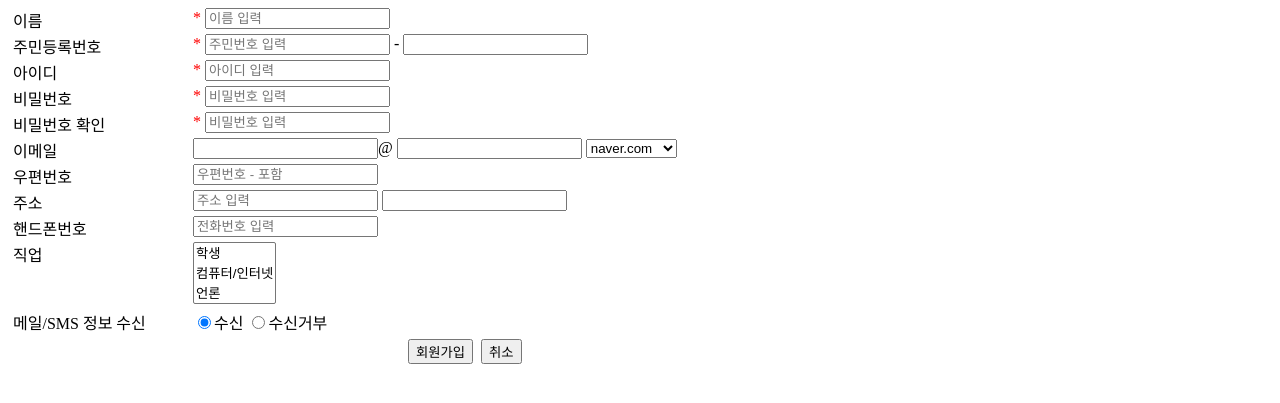
Repository: BartsimisraB/JavaPractice_
Page: http://localhost/JSPpractice2/Join.jsp
These files come from the project's save history. The page is drawn as it stood at one moment and after the next save; the edit follows.
The browser window is 1280 px wide. The pictures show the whole page.
The page is served by Tomcat 9. Other server files are loaded and not shown.

Above is the page before, as saved 2023-01-12 07:52:26.

### JSPpractice2/src/main/webapp/Join.jsp
<%@ page language="java" contentType="text/html; charset=UTF-8"
    pageEncoding="UTF-8"%>
<!DOCTYPE html>
<html>
<head>
<meta charset="UTF-8">
<title>Insert title here</title>
    <link rel="stylesheet" href="./Join.css">
    <script defer src="Join.js"></script>
</head>
<body>
    <form name="fr" action = "JoinServlet" method = "get">
      <div>
        <label class="topic">이름</label><span>*</span> <input type="text" name="name" placeholder="이름 입력"/>
      </div>
      <div>
        <label class="topic">주민등록번호</label><span>*</span> <input type="text" name="pernum" placeholder="주민번호 입력"/> - <input type="password" name="pernum2" />
      </div>
      <div>
        <label class="topic">아이디</label><span>*</span> <input type="text" name="id" placeholder="아이디 입력"/>
      </div>
      <div>
        <label class="topic">비밀번호</label><span>*</span> <input type="password" name="pw" placeholder="비밀번호 입력"/>
      </div>
      <div>
        <label class="topic">비밀번호 확인</label><span>*</span> <input type="password" name="pwcheck" placeholder="비밀번호 입력"/>
      </div>
      <div>
        <label class="topic">이메일</label>
        <input type="text" name="email1" id="email1"/>@
        <input type="text" name="email2" id="email2"/>
        <select name = "selectEmail" id="selectEmail" onChange="checkemail();">
         	<option value="1">직접 입력</option>
         	<option value="naver.com" selected>naver.com</option>
	 		<option value="hanmail.net">hanmail.net</option>
	 		<option value="nate.com">nate.com</option>
	 		<option value="gmail.com">gmail.com</option>
        </select>
      </div>
      <div>
        <label class="topic">우편번호</label><input type="text" name="addrnum"placeholder="우편번호 - 포함"/>
      </div>
      <div>
        <label class="topic">주소</label><input type="text" name="addr1" placeholder="주소 입력"/> <input type="text" name="addr2"/>
      </div>
      <div>
        <label class="topic">핸드폰번호</label><input type="tel" name="phone" placeholder="전화번호 입력"/>
      </div>
      <div>
        <label class="topic" for="job">직업</label>
        <select id="job" name="job" size="3" >
            <option value="학생">학생</option>
            <option value="컴퓨터/인터넷">컴퓨터/인터넷</option>
            <option value="언론">언론</option>
        </select>
      </div>
      <div>
        <label class="topic" for="info">메일/SMS 정보 수신</label>
            <input type="radio" name="info" id="info" value="ok" checked/>수신
            <input type="radio" name="info" id="info" value="no" />수신거부
      </div>
        <input id="confirm" type="button" value="회원가입" onsubmit="checkform()">&nbsp;&nbsp;<input type="reset" value="취소">
    </form>
</body>
</html>

### JSPpractice2/src/main/webapp/Join.css
form > div{
    margin: 5px 5px;
}
form > div >span{
    color: red;
}
.topic{
    display: inline-block;
    width: 180px;
}
.topic, .topic > input{
    float: left;
}
input[type=button]{
	margin: 0px 0px 0px 400px;
}

Loaded but not shown: JSPpractice2/src/main/webapp/Join.js (no copy from this time; the picture is the same without it)

After the next save:
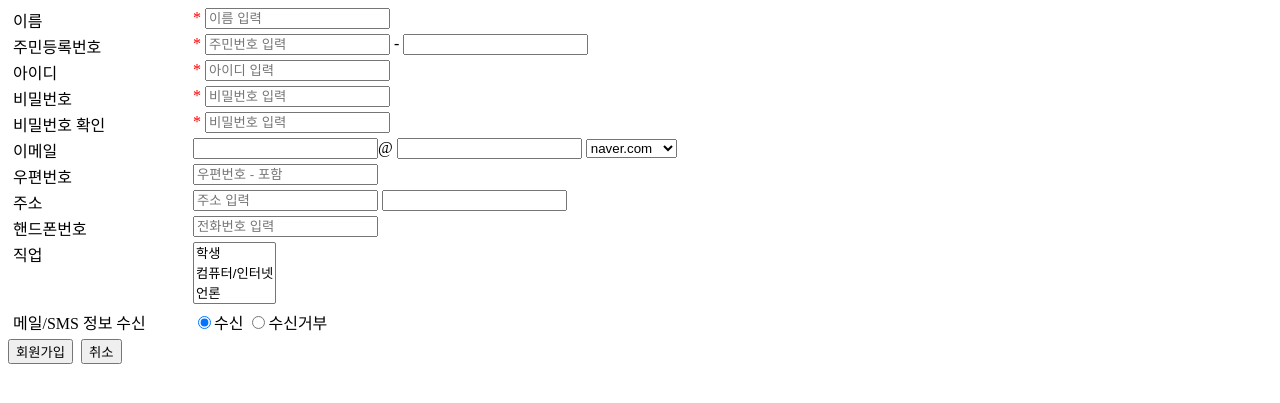
Saved 2 min 22 s later.
--- a/JSPpractice2/src/main/webapp/Join.jsp
+++ b/JSPpractice2/src/main/webapp/Join.jsp
@@ -59,7 +59,7 @@
             <input type="radio" name="info" id="info" value="ok" checked/>수신
             <input type="radio" name="info" id="info" value="no" />수신거부
       </div>
-        <input id="confirm" type="button" value="회원가입" onsubmit="checkform()">&nbsp;&nbsp;<input type="reset" value="취소">
+        <input id="confirm" type="submit" value="회원가입" onsubmit="checkform()">&nbsp;&nbsp;<input type="reset" value="취소">
     </form>
 </body>
 </html>

After the 2 saves that followed:
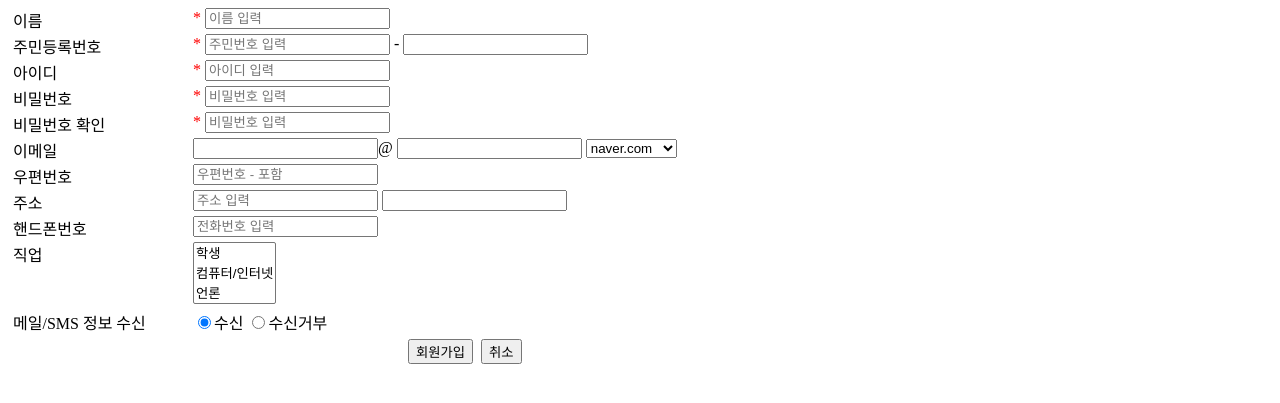
The 2 saves are shown as one change because 1 left the picture as it was.
The last was saved 28 s later.
--- a/JSPpractice2/src/main/webapp/Join.jsp
+++ b/JSPpractice2/src/main/webapp/Join.jsp
@@ -59,7 +59,7 @@
             <input type="radio" name="info" id="info" value="ok" checked/>수신
             <input type="radio" name="info" id="info" value="no" />수신거부
       </div>
-        <input id="confirm" type="submit" value="회원가입" onsubmit="checkform()">&nbsp;&nbsp;<input type="reset" value="취소">
+        <input id="confirm" type="button" value="회원가입" onclick="checkform()">&nbsp;&nbsp;<input type="reset" value="취소">
     </form>
 </body>
 </html>
